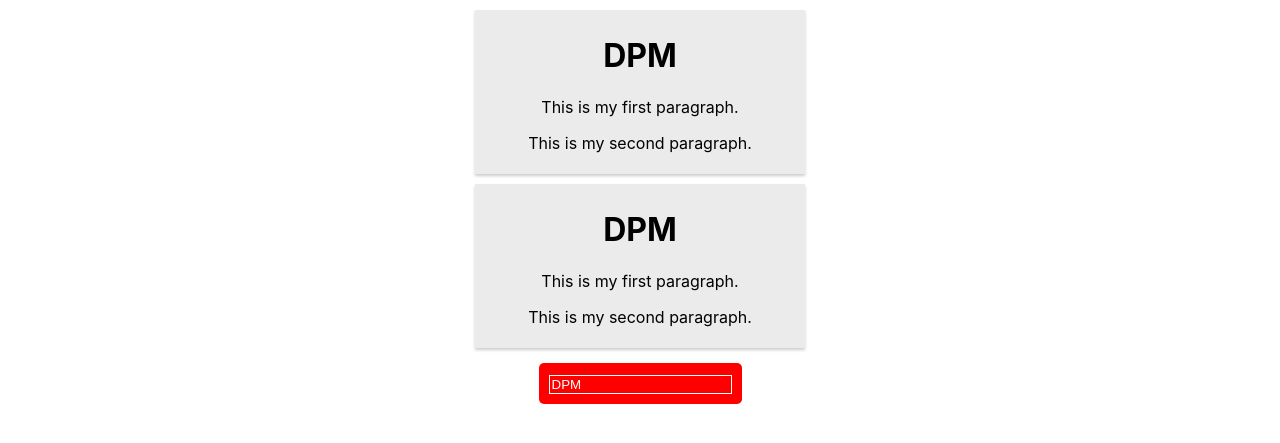
Repository: AidanHak/udemy-react-guide
Page: / (app in base-syntax--assignment-problem/)
These files come from the project's save history. The page is drawn as it stood at one moment and after the next save; the edit follows.
The browser window is 1280 px wide. The pictures show the whole page.
The project was rebuilt for these pictures with package versions that can differ from the ones it lists, and the page was loaded fresh each time.

Above is the page before, as saved 2020-12-17 19:38:29.

After the next save:
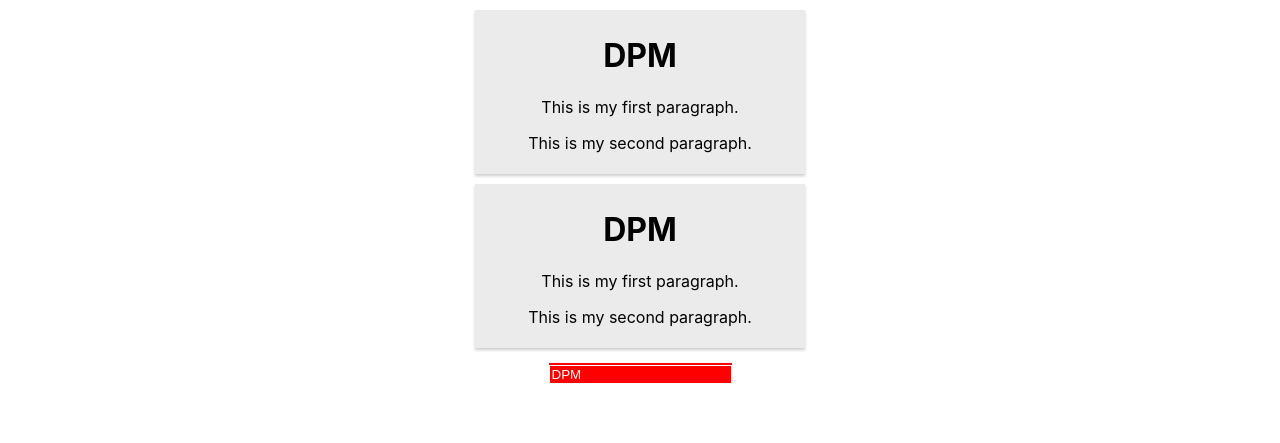
Saved 17 s later.
--- a/base-syntax--assignment-problem/src/UserInput/UserInput.js
+++ b/base-syntax--assignment-problem/src/UserInput/UserInput.js
@@ -3,9 +3,7 @@ import './UserInput.css';
 
 const UserInput = (props) => {
 	const style = {
-		borderRadius:'5px',
-		margin:'5px auto',
-		padding:'10px'
+		margin:'5px auto'
 	}
 
 	return (
